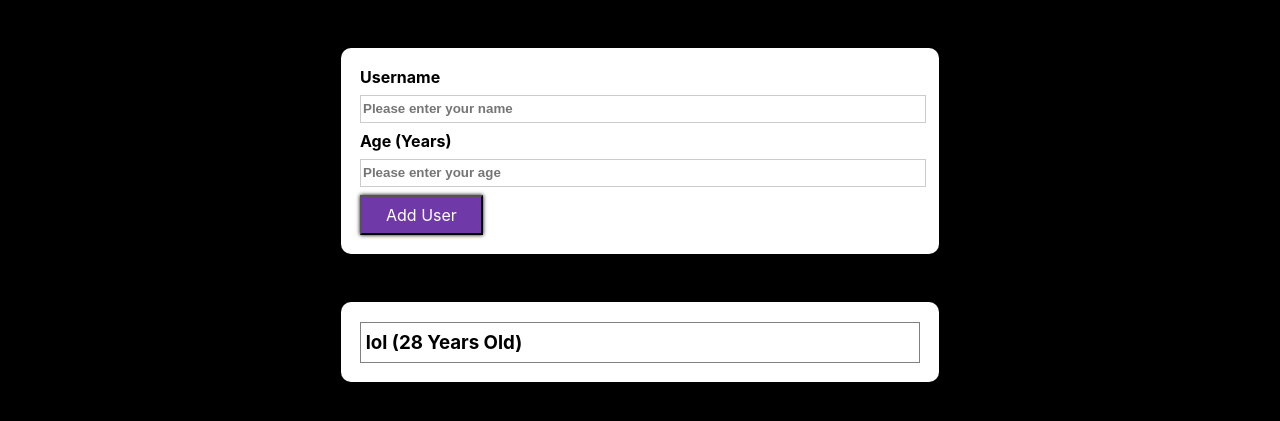
Repository: NamalPathirana/section-eight
Page: /
These files come from the project's save history. The page is drawn as it stood at one moment and after the next save; the edit follows.
The browser window is 1280 px wide. The pictures show the whole page.
The project was rebuilt for these pictures with package versions that can differ from the ones it lists, and the page was loaded fresh each time.

Above is the page before, as saved 2021-11-26 06:11:07.

### src/index.css
body {
  margin: 0;
  padding: 0%;
  height: 100%;
  width: 100%;
  display: flex;
  flex-direction: column;
  background-color: black;
  font-family: -apple-system, BlinkMacSystemFont, 'Segoe UI', 'Roboto', 'Oxygen',
    'Ubuntu', 'Cantarell', 'Fira Sans', 'Droid Sans', 'Helvetica Neue',
    sans-serif;
  -webkit-font-smoothing: antialiased;
  -moz-osx-font-smoothing: grayscale;
}

code {
  font-family: source-code-pro, Menlo, Monaco, Consolas, 'Courier New',
    monospace;
}

### src/App.js
import logo from './logo.svg';
import './App.css';
import UserInput from './Components/UserInput/UserInput';
import UserList from './Components/UserList/UserList';

function App() {
  return (
    <div className="App">
      <section>
      <UserInput></UserInput>
      </section>
      <section>
      <UserList></UserList>
      </section>

    </div>
  );
}

export default App;

### src/App.css
.App {


}

### src/Components/UserInput/UserInput.js
import Button from '../../UI/Button/Button';
import styles from './UserInput.module.css'

const UserInput = () => {
    return (
        <form>
        <div className={styles.frame}>
            <label>Username</label>
            <input placeholder='Please enter your name'/>
            <label>Age (Years)</label>
            <input placeholder='Please enter your age'/>
            <Button name='Add User'></Button>
        </div>
        </form>
    );
};

export default UserInput;

### src/Components/UserList/UserList.js
import styles from './UserList.module.css';
import UserListItem from '../UserListItem/UserListItem'


const UserList = () => {

    var userList =
    [
        {name:'Dave',age:'27'},
        {name:'looper',age:'29'}
    ];

    return(
        <div className={styles.frame}>
            <UserListItem name={'lol'} age={'28'}/>
        </div>
    );
}

export default UserList;

### src/UI/Button/Button.js
import styles from "./Button.module.css";

const Button = (props) => {
  return <button className={styles.button}>{props.name}</button>;
};

export default Button;

### src/Components/UserInput/UserInput.module.css
.frame{
    margin: 0.5rem 0.5rem;
    padding: 1.2rem 1.2rem;
    width: 35rem;
    max-width: 90%;
    margin: 3rem auto;
    background-color: white;
    border-radius: 10px;

}

.frame input{
    display: block;
    font-weight: bold;
    border: 1px solid #ccc;
    line-height: 1.5rem;
    padding: 100 0.25rm;
    width: 100%;
    margin-bottom: 0.5rem;
}

.frame input:hover{
    border: 1px solid rgb(49, 45, 45);
}

.frame label{
    display: block;
    align-content: flex-start;
    font-weight: bold;
    margin-bottom: 0.5rem;
}

### src/Components/UserList/UserList.module.css
.frame{
    margin: 0.5rem 0.5rem;
    padding: 1.2rem 1.2rem;
    width: 35rem;
    max-width: 90%;
    margin: 3rem auto;
    background-color: white;
    border-radius: 10px;
    display: flex;
    flex-direction: column;
}

### src/Components/UserListItem/UserListItem.js
import styles from './UserListItem.module.css';


const UserListItem = (props) => {
    return(
        <div className={styles.list_item}>
            <h3>{props.name} ({props.age} Years Old)</h3>
        </div>
    );
}

export default UserListItem;

### src/UI/Button/Button.module.css
.button{
    font: inherit;
    padding: 0.5rem 1.5rem;
    background-color: rgb(112, 57, 168);
    color:white;
    box-shadow: 0 0 4px black;
    cursor: pointer;
    width: auto;
}

.button:focus{
    outline: none;
}

.button:hover,.button:active{
    background-color: rgb(185, 140, 231);
    border-color: rgb(185, 140, 231);
    box-shadow: 0 0 8px black;
}

### src/Components/UserListItem/UserListItem.module.css
.list_item{
    border: 1px solid gray;
    display: block;
    padding: 0.5rem 0.3rem;

}

.list_item h3{
    margin: 0px;
}

Loaded but not shown: public/index.html (common file); src/index.js (common file); src/reportWebVitals.js (common file)

After the next save:
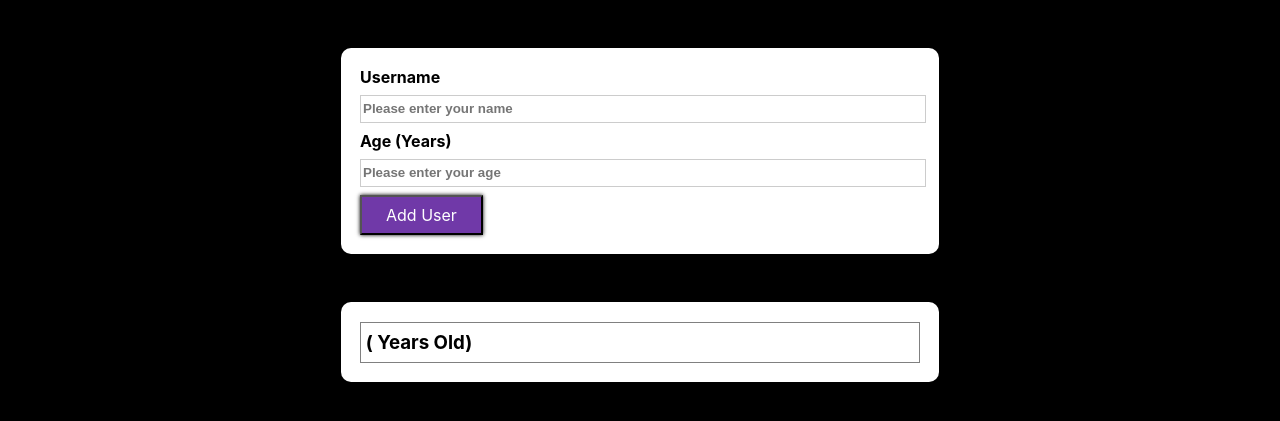
Saved 21 s later.
--- a/src/Components/UserList/UserList.js
+++ b/src/Components/UserList/UserList.js
@@ -12,7 +12,7 @@ const UserList = () => {
 
     return(
         <div className={styles.frame}>
-            <UserListItem name={'lol'} age={'28'}/>
+            <UserListItem items={userList}/>
         </div>
     );
 }
